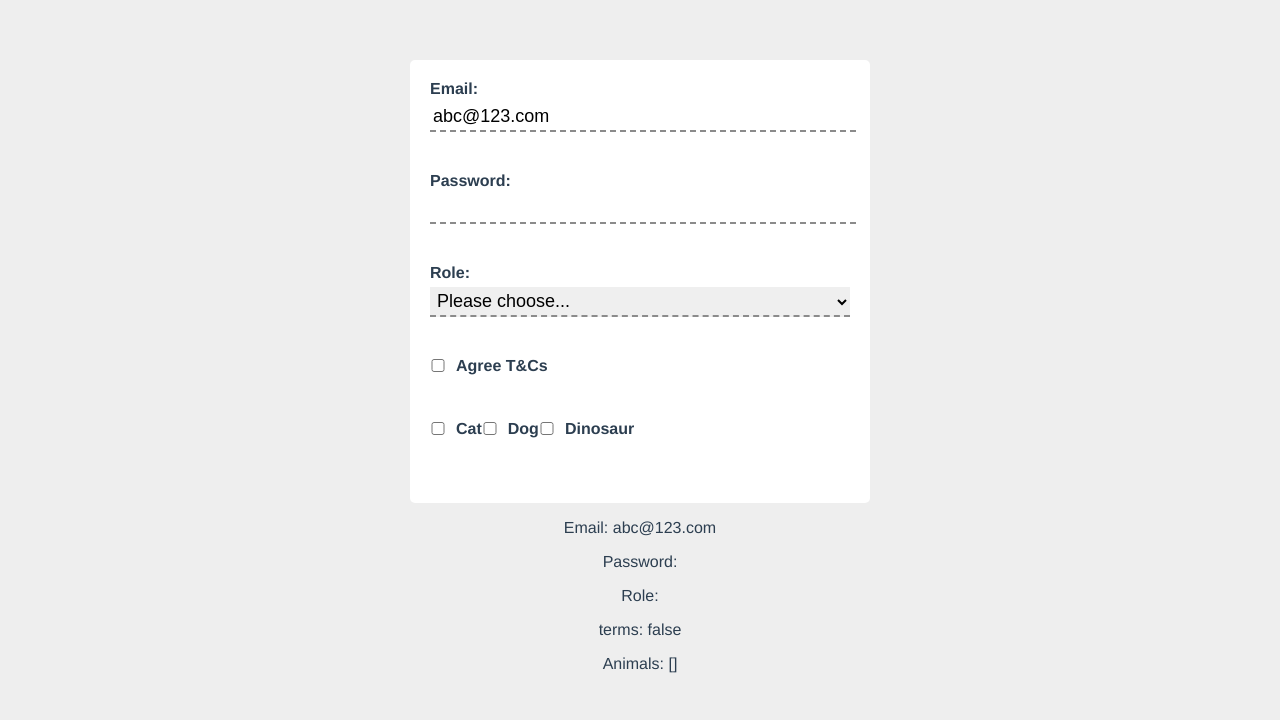
Repository: technogize/vue-forms
Page: /
An editor plug-in stored every save of this project. The page is shown before and after the next save, followed by the edit.
The browser window is 1280 px wide. The pictures show the whole page.
The project was rebuilt for these pictures with package versions that can differ from the ones it lists, and the page was loaded fresh each time.

Above is the page before, as saved 2021-02-26 14:38:04.

### src/App.vue
<template>
  <SignupForm />
</template>

<script>
import SignupForm from './components/SignupForm';

export default {
  name: 'App',
  components: {
    SignupForm
  }
}
</script>

<style>
#app {
  font-family: Avenir, Helvetica, Arial, sans-serif;
  -webkit-font-smoothing: antialiased;
  -moz-osx-font-smoothing: grayscale;
  text-align: center;
  color: #2c3e50;
  margin-top: 60px;
}

body {
  margin: 0;
  background: #eee;
}
</style>

### src/components/SignupForm.vue
<template>
  <form>
    <!--
      v-model syncs the data in the input with the data properties.
      We can set the default value of a form element by entering it
      in the data().
    -->
    <div class="field">
      <label>Email: </label>
      <input type="email" required v-model="email" />
    </div>
    <div class="field">
      <label>Password: </label>
      <input type="password" required v-model="password" />
    </div>
    <div class="field">
      <label>Role: </label>
      <select v-model="role">
        <option value="">Please choose...</option>
        <option value="Designer">Web Designer</option>
        <option value="Developer">Web Developer</option>
      </select>
    </div>
    <div class="field checkboxField">
      <input type="checkbox" required v-model="terms" />
      <label>Agree T&amp;Cs</label>
    </div>

    <div class="field checkboxField">
      <input type="checkbox" value="Cat" v-model="animal" /><label>Cat</label>
      <input type="checkbox" value="Dog" v-model="animal" /><label>Dog</label>
      <input type="checkbox" value="Dinosaur" v-model="animal" /><label>Dinosaur</label>
    </div>
  </form>

  <p>Email: {{email}}</p>
  <p>Password: {{password}}</p>
  <p>Role: {{role}} </p>
  <p>terms: {{terms}} </p>
  <p>Animals: {{animal}} </p>
</template>

<script>
export default {
  data() {
    return {
      email: 'abc@123.com', // I set the default value here
      password: '',
      role: '',
      terms: false, // checkbox is a boolean
      animal: [] // Multiple checkboxes for this creates an array
    }
  }
}
</script>

<style scoped>
  form {
    max-width: 420px;
    border-radius: 5px;
    background: white;
    padding: 20px;
    margin: 0 auto;
  }

  label {
    font-weight: 700;
    display: block;
    text-align: left;
    margin-bottom: 5px;
  }

  input, select {
    display: block;
    width: 100%;
    font-size: 18px;
    padding: 3px;
    border: none;
    border-bottom: 2px dashed rgb(139, 139, 139);
  }

  input:focus,
  select:focus {
    outline: none;
    border-bottom: 2px solid rgb(139, 139, 139);
  }

  input[type=checkbox] {
    display: inline-block;
    width: 16px;
    margin: 0 10px 0 0;
    position: relative;
    top: 1px;
  }

  .checkboxField label {
    display: inline-block;
    width: auto;
    text-align: left;
  }

  .field {
    text-align: left;
    margin-bottom: 40px;
  }
</style>

Loaded but not shown: public/index.html (common file); src/main.js (common file)

After the next save:
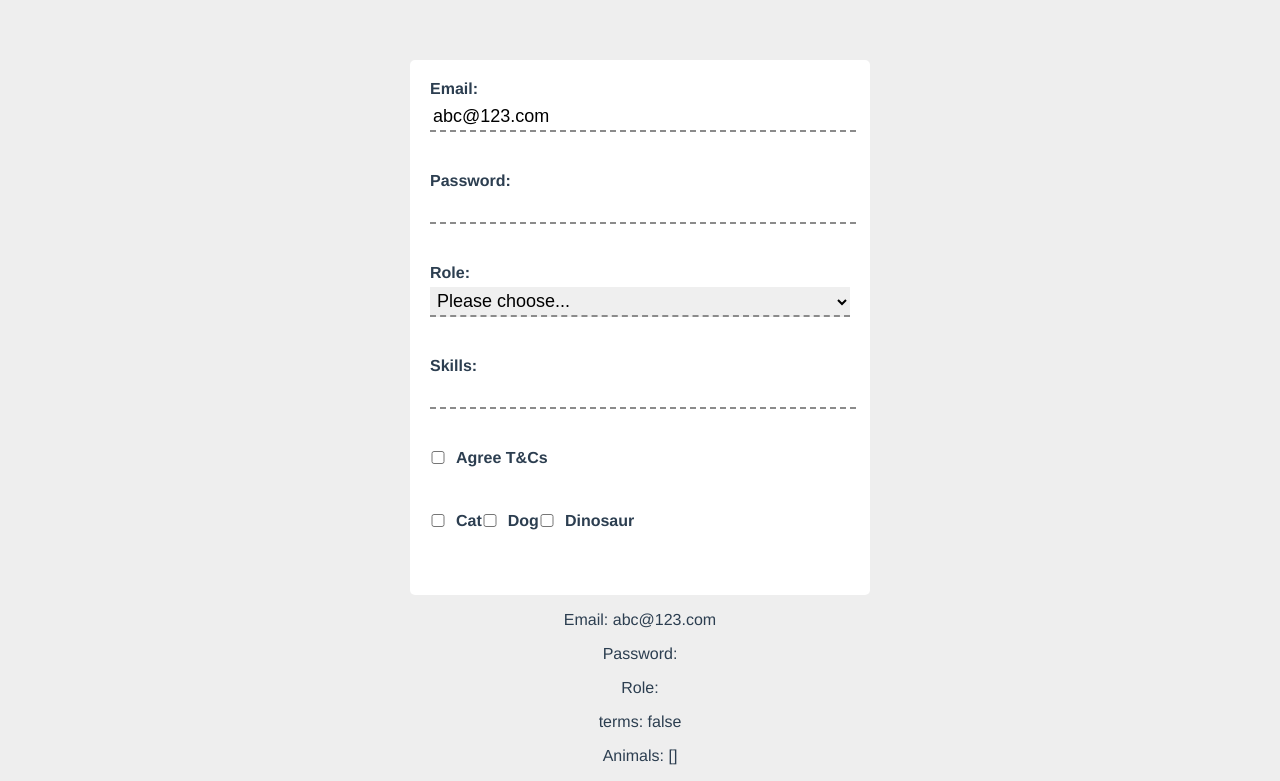
Saved 29 min 28 s later.
--- a/src/components/SignupForm.vue
+++ b/src/components/SignupForm.vue
@@ -21,6 +21,12 @@
         <option value="Developer">Web Developer</option>
       </select>
     </div>
+
+    <div class="field">
+      <label>Skills: </label>
+      <input type="text" required v-model="skills" @keyup="addSkill" />
+    </div>
+
     <div class="field checkboxField">
       <input type="checkbox" required v-model="terms" />
       <label>Agree T&amp;Cs</label>
@@ -47,8 +53,15 @@ export default {
       email: 'abc@123.com', // I set the default value here
       password: '',
       role: '',
+      tempSkill: '',
       terms: false, // checkbox is a boolean
+      skills: [],
       animal: [] // Multiple checkboxes for this creates an array
+    }
+  },
+  methods: {
+    addSkill() {
+      console.log(e);
     }
   }
 }
